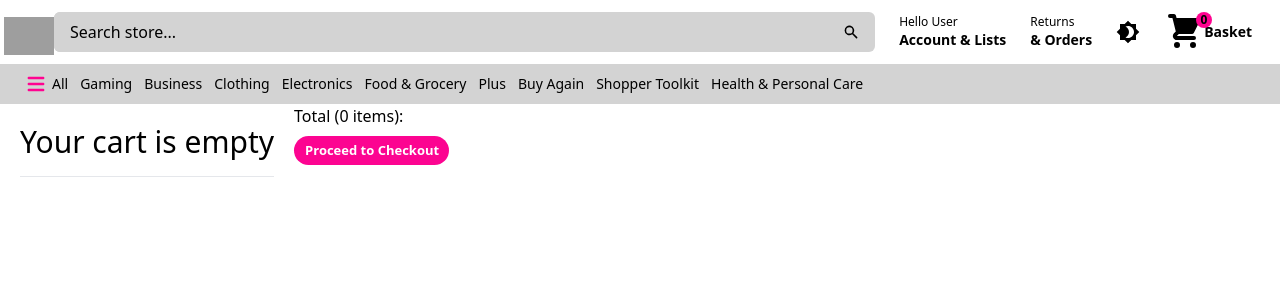
Repository: MarkusDavis/markus-davis-store
Page: /checkout
An editor plug-in stored every save of this project. The page is shown before and after the next save, followed by the edit.
The browser window is 1280 px wide. The pictures show the whole page.
Pictures or frames that could not be fetched are drawn as grey boxes. The page's requests for data from a server got no answer. The project was rebuilt for these pictures with package versions that can differ from the ones it lists, and the page was loaded fresh each time. The framework's server and built-in components were replaced by stand-ins that run in the browser. No one was signed in, and anything a server would have sent is missing. Also part of the build but not shown: next.config.js, src/components/CheckoutProduct.js.

Above is the page before, as saved 2022-10-11 02:42:52.

### src/pages/_app.js
import { ThemeProvider } from "next-themes";
import { Provider } from "react-redux";
import { store } from "../app/store";
import "../styles/globals.css";
import { SessionProvider } from "next-auth/react";

function MyApp({ Component, pageProps: { session, ...pageProps } }) {
  return (
    <SessionProvider session={session}>
      <ThemeProvider
        forcedTheme={Component.theme || undefined}
        attribute="class"
      >
        <Provider store={store}>
          <Component {...pageProps} />
        </Provider>
      </ThemeProvider>
    </SessionProvider>
  );
}

export default MyApp;

### src/pages/checkout.js
import { useSession } from "next-auth/react";
import Image from "next/image";
import React from "react";
import { useSelector } from "react-redux";
import CheckoutProduct from "../components/CheckoutProduct";
import Header from "../components/Header";
import { selectItems, selectTotal } from "../slices/basketSlice";

function checkout() {
  const items = useSelector(selectItems);
  const total = useSelector(selectTotal);
  const session = useSession();
  return (
    <div className="">
      <Header />

      <main className="lg:flex max-w-screen-2xl mx-auto">
        <div className="flex flex-col p-5 space-y-10">
          <h1 className="text-3xl border-b pb-4">
            {items.length === 0 ? "Your cart is empty" : "Your Shopping Cart"}
          </h1>
          {items.map((item, i) => (
            <CheckoutProduct
              key={i}
              id={item.id}
              title={item.title}
              rating={item.rating}
              price={item.price}
              description={item.description}
              category={item.category}
              image={item.image}
              hasPlus={item.hasPlus}
            />
          ))}
        </div>
        <div className="">
          <h2 className="whitespace-nowrap">
            Total ({items.length} items):
            <span className="font-bold">
              {/* <Currency quantity={price} currency="USD" /> */}
            </span>
          </h2>
          <button className="button mt-2">
            {!session ? "Sign in to Continue" : "Proceed to Checkout"}
          </button>
        </div>
      </main>
    </div>
  );
}

export default checkout;

### src/styles/globals.css
@tailwind base;
@tailwind components;
@tailwind utilities;

@layer components {
  .link {
    @apply cursor-pointer hover:underline hover:text-primary;
  }
  .button {
    background-color: #fc0491;
    padding: 2px;
    border-radius: 30px;
    font-weight: 700;
    justify-content: center;
    align-items: center;
    font-size: inherit;
    color: #fff;
    cursor: pointer;
    border: 0;
    display: block;
    font-size: 13px;
    line-height: 29px;
    margin: 0;
    outline: 0;
    padding: 0 10px 0 11px;
    text-align: center;
    white-space: nowrap;
  }
  .button:hover {
    opacity: 0.8;
  }
}

### src/components/Header.js
import React from "react";
import { signIn, signOut, useSession } from "next-auth/react";
import Image from "next/image";
import Brightness4Icon from "@material-ui/icons/Brightness4";
import { MenuIcon, ShoppingCartIcon, SearchIcon } from "@heroicons/react/solid";
import { useTheme } from "next-themes";
import { useRouter } from "next/router";
function Header() {
  const { theme, setTheme } = useTheme();
  const router = useRouter();
  return (
    <header className="sticky top-0 z-50">
      <div className="flex items-center p-1 flex-grow py-2 bg-light-primary dark:bg-dark-secondary">
        <div className="mt-2 flex items-center flex-grow sm:flex-grow-0">
          <Image
            onClick={() => router.push("/")}
            src="https://firebasestorage.googleapis.com/v0/b/markusdavisstore.appspot.com/o/logo.png?alt=media&token=0af606cd-bb13-4314-b5bf-a095e056261e"
            width={50}
            height={40}
            objectFit="contain"
            className="cursor-pointer"
          />
        </div>
        <div className="hidden sm:flex items-center h-10 rounded-md flex-grow cursor-pointer hover:bg-light-secondary dark:hover:bg-dark-primary bg-light-secondary dark:bg-dark-primary">
          <input
            className="p-2 h-full w-6 flex-grow flex-shrink rounded-l-md focus:outline-none px-4 bg-light-secondary dark:bg-dark-primary dark:text-white dark:placeholder:text-white placeholder:text-black"
            type="text"
            placeholder="Search store..."
          />
          <SearchIcon className="h-12 p-4 dark:text-white " />
        </div>
        <div className="flex items-center text-xs space-x-6 mx-6 whitespace-nowrap">
          <div onClick={signIn} className="link">
            <p className="">Hello User</p>
            <p className="font-extrabold md:text-sm">Account & Lists</p>
          </div>
          <div className="link">
            <p className="">Returns</p>
            <p className="font-extrabold md:text-sm">& Orders</p>
          </div>
          <Brightness4Icon
            className="cursor-pointer hover:text-primary border border-none rounded-full"
            onClick={() => {
              setTheme(theme === "light" ? "dark" : "light");
            }}
          />
          <div
            onClick={() => router.push("/checkout")}
            className="relative link flex items-center"
          >
            <span className="absolute top-0 right-0 md:right-10 h-4 w-4 bg-primary text-center rounded-full font-bold dark:text-white">
              0
            </span>
            <ShoppingCartIcon className="h-10 dark:text-white" />
            <p className="hidden md:inline font-extrabold text-sm">Basket</p>
          </div>
        </div>
      </div>
      <div className="flex items-center space-x-3 p-2 pl-6 bg-light-secondary dark:bg-dark-primary text-sm">
        <p className="link flex items-center">
          <MenuIcon className="h-6 mr-1 text-primary" />
          All
        </p>
        <p className="link">Gaming</p>
        <p className="link">Business</p>
        <p className="link">Clothing</p>
        <p className="link hidden lg:inline-flex">Electronics</p>
        <p className="link hidden lg:inline-flex">Food & Grocery</p>
        <p className="link hidden lg:inline-flex">Plus</p>
        <p className="link hidden lg:inline-flex">Buy Again</p>
        <p className="link hidden lg:inline-flex">Shopper Toolkit</p>
        <p className="link hidden lg:inline-flex">Health & Personal Care</p>
      </div>
    </header>
  );
}

export default Header;

### src/slices/basketSlice.js
import { createSlice } from "@reduxjs/toolkit";

const initialState = {
  items: [],
};

export const basketSlice = createSlice({
  name: "basket",
  initialState,
  reducers: {
    addToBasket: (state, action) => {
      state.items = [...state.items, action.payload];
    },
    removeFromBasket: (state, action) => {
      const index = state.items.findIndex(
        (basketItem) => basketItem.id === action.payload.id
      );
      let newBasket = [...state.items];
      if (index >= 0) {
        newBasket.splice(index, 1);
      } else {
        console.warn(
          `Can't remove product (id: ${action.payload.id}). Product not in cart`
        );
      }
      state.items = newBasket;
    },
  },
});

export const { addToBasket, removeFromBasket } = basketSlice.actions;

// Selectors - This is how we pull information from the Global store slice
export const selectItems = (state) => state.basket.items;
export const selectTotal = (state) =>
  state.basket.items.reduce((total, item) => total + item.price, 0);

export default basketSlice.reducer;

### tailwind.config.js
module.exports = {
  mode: "jit",
  purge: [
    "./src/pages/**/*.{js,ts,jsx,tsx}",
    "./src/components/**/*.{js,ts,jsx,tsx}"
  ],
  darkMode: "class",
  theme: {
    extend: {
      colors: {
       primary: "#ff0390",
       secondary: "#d3d3d3",

        light: {
          primary: "#fff",
          secondary: "#d3d3d3"
        },
        dark: {
          primary: "#000",
          secondary: "#323232"
        }
      }
    }
  },
  variants: {
    extend: {}
  },
  plugins: [require("@tailwindcss/line-clamp")]
};

Loaded but not shown: src/app/store.js (common file)

After the next save:
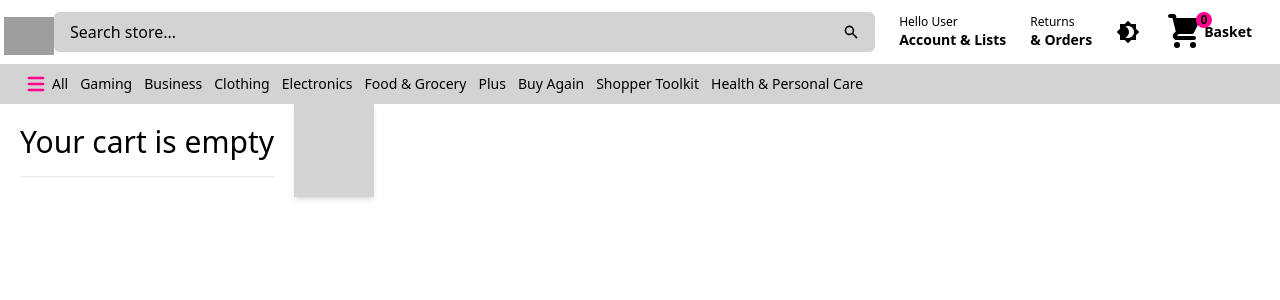
Saved 9 min 53 s later.
--- a/src/pages/checkout.js
+++ b/src/pages/checkout.js
@@ -33,16 +33,28 @@ function checkout() {
             />
           ))}
         </div>
-        <div className="">
-          <h2 className="whitespace-nowrap">
-            Total ({items.length} items):
-            <span className="font-bold">
-              {/* <Currency quantity={price} currency="USD" /> */}
-            </span>
-          </h2>
-          <button className="button mt-2">
-            {!session ? "Sign in to Continue" : "Proceed to Checkout"}
-          </button>
+
+        <div className="flex flex-col bg-light-secondary dark:bg-dark-secondary p-10 shadow-md text-black dark:text-white">
+          {items.length > 0 && (
+            <>
+              <h2 className="whitespace-nowrap">
+                Subtotal ({items.length} items):{" "}
+                <span className="font-bold">
+                  <Currency quantity={total} />
+                </span>
+              </h2>
+
+              <button
+                disabled={!session}
+                className={`button mt-2 ${
+                  !session &&
+                  "from-gray-300 to-gray-500 border-gray-200 text-gray-300 cursor-not-allowed"
+                }`}
+              >
+                {!session ? "Sign in to checkout" : "proceed to checkout"}
+              </button>
+            </>
+          )}
         </div>
       </main>
     </div>
